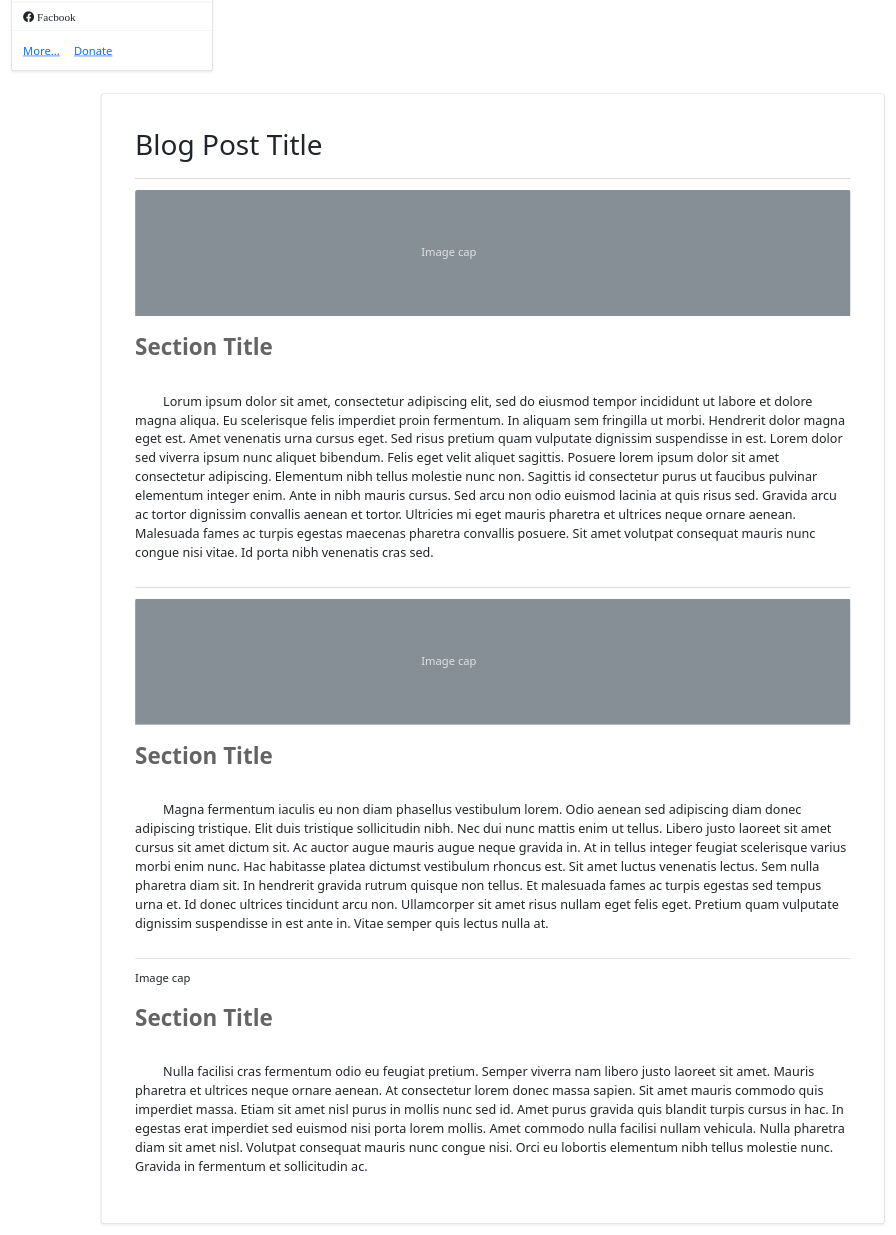
Repository: LublubXT/Azi-Tec-Team
Page: views/templates/blogs/personalblog/home.html
These files come from the project's save history. The page is drawn as it stood at one moment and after the next save; the edit follows.
The browser window is 1280 px wide. The pictures show the part of the page from y = 1349 to 3269 px (the page is 3113 px tall before and 3269 px after), at 70% of full size.

Above is the page before, as saved 2021-03-11 09:33:34.

After the next save:
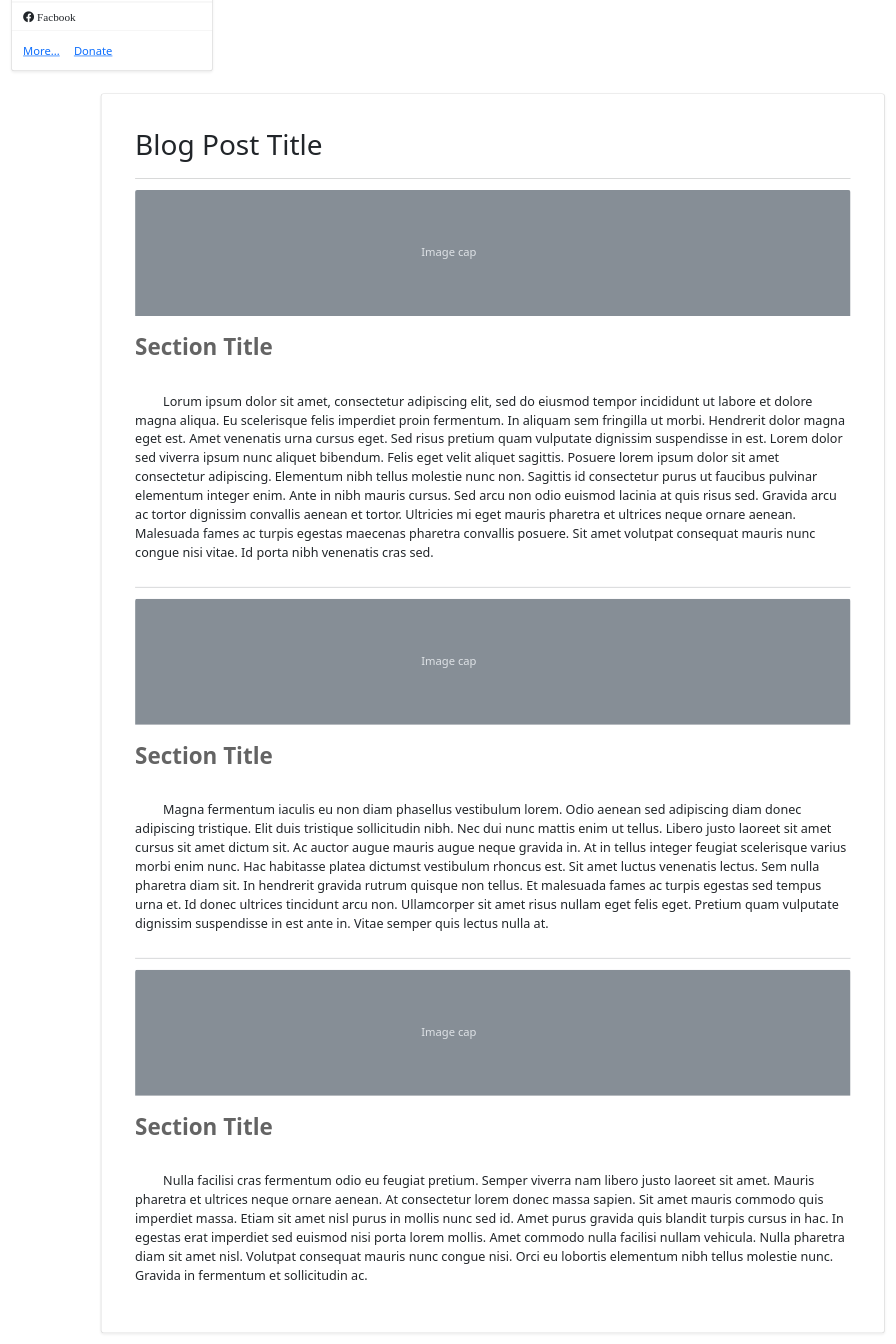
Saved 5 s later.
--- a/views/templates/blogs/personalblog/home.html
+++ b/views/templates/blogs/personalblog/home.html
@@ -127,7 +127,7 @@
                     Pretium quam vulputate
                     dignissim suspendisse in est ante in. Vitae semper quis lectus nulla at.
                 </p>
-                <hr
+                <hr>
                 <svg class="bd-placeholder-img card-img-top" width="100%" height="180"
                     xmlns="http://www.w3.org/2000/svg" role="img" aria-label="Placeholder: Image cap"
                     preserveAspectRatio="xMidYMid slice" focusable="true">
